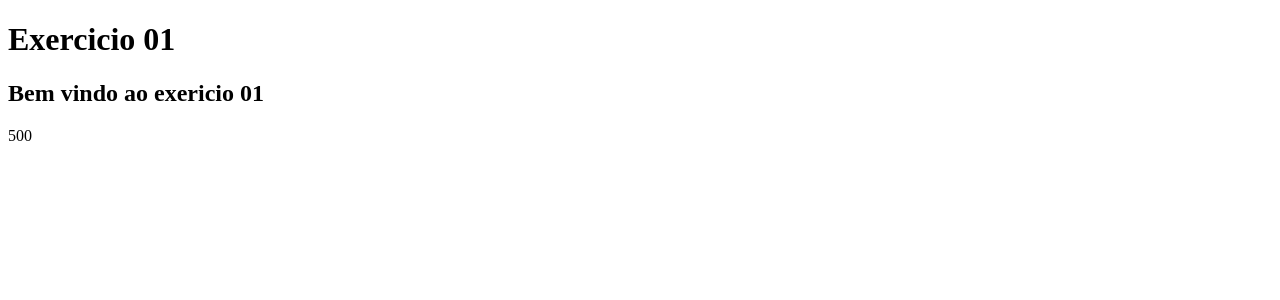
Repository: Fabio2000/Faculdade-Projetos
Page: http://localhost/exercicios/Index.jsp
The author's editor kept a copy of each file at every save. The page is drawn from the files as they stood at one save, then again after the next save.
The browser window is 1280 px wide. The pictures show the whole page.
The page is served by Tomcat 9. Other server files are loaded and not shown.

Above is the page before, as saved 2022-09-11 01:40:19.

### exercicios/src/main/webapp/Index.jsp
<%@ page language="java" contentType="text/html; charset=ISO-8859-1"
    pageEncoding="ISO-8859-1"%>
<!DOCTYPE html>
<html>
<head>
<meta charset="ISO-8859-1">
<title>Exericios</title>
</head>
<body>
<div >
<h1>Exercicio 01</h1>
<h2><%String mensage = "Bem vindo ao exericio 01";
	out.println(mensage);
	%></h2>
	<p>

	<%
	int counter = 0;
	for(int i=1000;i<2000;i++) {
	    if (i%2==1)
	    {
	        counter+=1;
	    }
	}
	out.println(counter + "<br />");

	%></p>
</div>
</body>
</html>

After the next save:
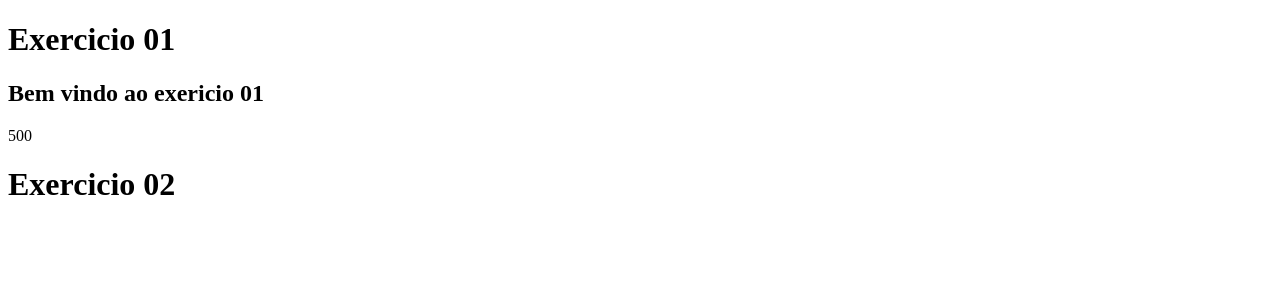
Saved 2 min 57 s later.
--- a/exercicios/src/main/webapp/Index.jsp
+++ b/exercicios/src/main/webapp/Index.jsp
@@ -26,5 +26,9 @@
 
 	%></p>
 </div>
+<div>
+<h1>Exercicio 02</h1>
+
+</div>
 </body>
 </html>
